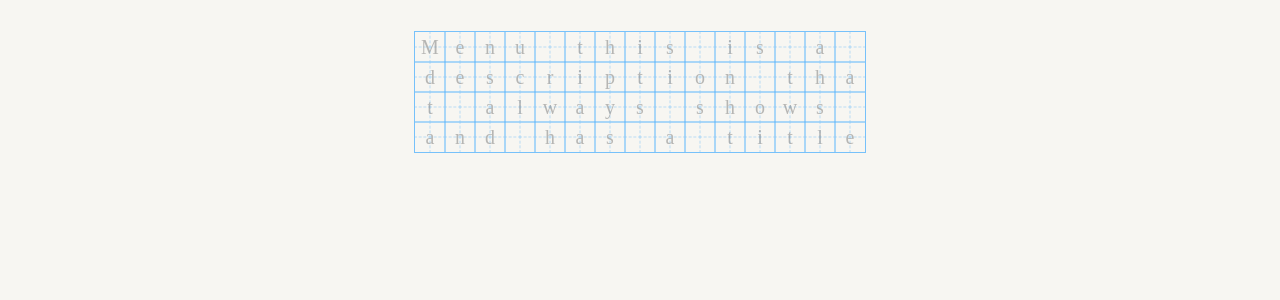
Repository: pyrcl090/p-p
Page: index.html
These files come from the project's save history. The page is drawn as it stood at one moment and after the next save; the edit follows.
The browser window is 1280 px wide. The pictures show the whole page.
The page's requests for data from a server got no answer. Some web fonts or font styles are not loaded; a fallback is used.

Above is the page before, as saved 2025-04-19 23:33:18.

### index.html
<!DOCTYPE html>
<html lang="en">
<head>
    <meta charset="UTF-8">
    <meta name="viewport" content="width=device-width, initial-scale=1.0">
    <title>P</title>
    <link rel="stylesheet" href="style.css">
</head>
<body>

    <div class="grid-wrapper">
        <div class="grid-border" id="grid-border">
          <!-- JavaScript will populate .grid-item elements here -->
        </div>
      </div>

        <!-- <div class="grid-wrapper">
          <div class="grid-container"></div>
          <div class="overlay-grid"></div>
        </div> -->

        <script src="script.js" async defer></script>
</body>
</html>

### style.css
@font-face {
  font-family: 'HMP';
  src: url("./assets/hiragino-maru-gothic-pron-w4.otf") format("truetype");
}

a {
  color: rgb(167, 151, 0);
  opacity: .5;
}

html, body {
  background-color: rgb(247, 246, 242);
  margin: 0;
  padding: 0;
  font-family: 'HMP';
}

body {

}

.grid-wrapper {
  padding: 2em;
  display: flex;
  justify-content: flex-start;
  align-items: center;
  flex-direction: column;
  width: 100%;
  min-height: 100vh;
  box-sizing: border-box;
}

.grid-border {
  display: flex;
  flex-direction: column;
  align-items: center;
  gap: 2em;
}

/* Inner container holding grid + overlay */
.grid-wrapper-inner {
  position: relative;
  display: inline-block;
  line-height: 0;
}

/* Grid background */
.grid-columns-rows {
  display: grid;
  grid-template-columns: repeat(15, 30px);
  grid-auto-rows: 30px;
  gap: 0;
  outline: 1px solid rgb(88, 181, 253);
  pointer-events: none;
  z-index: 1;
}

/* Each subcell (quad layout) */
.grid-columns-rows .grid-item {
  display: grid;
  grid-template-columns: repeat(2, 1fr);
  grid-template-rows: repeat(2, 1fr);
  width: 30px;
  height: 30px;
  outline: 0.5px solid rgb(88, 181, 253);
  opacity: 0.6;
}

.sub-cell {
  outline: 0.15px dashed rgb(88, 181, 253);
  opacity: 0.4;
  width: 100%;
  height: 100%;
}

/* Overlaid text */
.grid-content {
  display: grid;
  grid-template-columns: repeat(15, 30px);
  grid-auto-rows: 30px;
  gap: 0;
  position: absolute;
  top: 0;
  left: 0;
  z-index: 2;
}

.overlay-item {
  width: 30px;
  height: 30px;
  font-size: 20px;
  text-align: center;
  display: flex;
  justify-content: center;
  align-items: center;
  font-family: 'HMP';
  color: rgba(113, 113, 113, 0.6);
  line-height: 1;
  white-space: nowrap;
  pointer-events: auto;
}

.grid-image {
  width: 100%;  /* Ensure it fills the available width of the wrapper */
  display: block;  /* Block display to avoid inline issues */
  object-fit: contain;  /* Maintain aspect ratio and fit within the container */
  max-height: calc(30px * 10);  /* Ensure the image doesn't exceed the height of 5 rows */
  margin: 0; /* Remove any default margin */
  opacity: .8;
}

.grid-image-wrapper {
  display: flex;  /* Flexbox enables easy alignment of the image */
  justify-content: center;  /* Default alignment to center, you can change it via JS */
  align-items: center;  /* Vertically center the image */
  width: 100%;  /* Make sure it spans the full width of the grid column */
  height: calc(30px * 5);  /* Ensure it takes up exactly 5 rows in height */
}

.grid-item {
  display: flex;
  flex-direction: column;
  width: fit-content;
  opacity: .8;
}

.grid-item.channel-name {
  cursor: pointer;
}

.grid-item.channel-content {
  display: none;
}
/* .content-separator {
  grid-column: span 15;
  height: 30px;
} */

### script.js
const channels = [
  'p-pp-vz1bkeezvp0',
  'read-re_d-rode',
  'putaiinnnnn'
];

const menuItems = [
  {
    title: 'Menu',
    content: 'this is a description that always shows and has a title'
  }
];

const gridBorder = document.getElementById('grid-border');
const cols = 15;
const cellSize = 30;
let currentlyOpenId = null;
const loadedChannels = new Set();

function createGridStructure(numItems) {
  const grid = document.createElement('div');
  grid.className = 'grid-columns-rows';
  const rows = Math.ceil(numItems / cols);
  const totalCells = rows * cols;

  for (let i = 0; i < totalCells; i++) {
    const cell = document.createElement('div');
    cell.className = 'grid-item';

    for (let j = 0; j < 4; j++) {
      const sub = document.createElement('div');
      sub.className = 'sub-cell';
      cell.appendChild(sub);
    }

    grid.appendChild(cell);
  }

  return grid;
}

function createOverlayItem(char, isLink = false, href = '') {
  const div = document.createElement('div');
  div.className = 'overlay-item';

  if (isLink) {
    const a = document.createElement('a');
    a.href = href;
    a.target = '_blank';
    a.textContent = char;
    a.style.textDecoration = 'none';
    a.style.color = 'inherit';
    div.appendChild(a);
  } else {
    div.textContent = char;
  }

  return div;
}

function addTextBlock(text, container) {
  for (const char of text) {
    const div = createOverlayItem(char);
    container.appendChild(div);
  }

  const remainder = text.length % cols;
  if (remainder !== 0) {
    for (let i = 0; i < cols - remainder; i++) {
      container.appendChild(document.createElement('div'));
    }
  }
}

// ✅ New function to fetch all blocks across pages
async function fetchAllBlocks(slug) {
  let page = 1;
  let blocks = [];
  let hasMore = true;

  while (hasMore) {
    const res = await fetch(`https://api.are.na/v2/channels/${slug}?per=100&page=${page}`);
    const data = await res.json();
    blocks = blocks.concat(data.contents);
    hasMore = data.contents.length === 100;
    page++;
  }

  console.log(`Fetched ${blocks.length} blocks from channel: ${slug}`);
  return blocks;
}

async function fillChannelContent(contentEl, slug) {
  console.log('Filling channel content:', slug);

  try {
    const [channelMeta, blocks] = await Promise.all([
      fetch(`https://api.are.na/v2/channels/${slug}?per=1`).then(res => res.json()),
      fetchAllBlocks(slug)
    ]);

    let totalCells = 0;

    // ✅ Add channel description first (if any)
    if (channelMeta.metadata?.description) {
      console.log(`Channel description: ${channelMeta.metadata.description}`);
      addTextBlock(channelMeta.metadata.description, contentEl);
      totalCells += channelMeta.metadata.description.length;
      totalCells += (cols - (channelMeta.metadata.description.length % cols)) % cols;
    }

    for (const block of blocks) {
      console.log(`Block class: ${block.class}`, block);

      if (block.image?.display?.url) {
        const img = document.createElement('img');
        img.src = block.image.display.url;
        img.className = 'grid-image';

        const colSpan = 15;
        const rowSpan = 10;

        img.style.gridColumn = `span ${colSpan}`;
        img.style.gridRow = `span ${rowSpan}`;
        img.style.justifySelf = Math.random() > 0.5 ? 'flex-start' : 'flex-end';

        contentEl.appendChild(img);
        totalCells += colSpan * rowSpan;
      }

      if (block.file?.url) {
        const fileLink = document.createElement('a');
        fileLink.href = block.file.url;
        fileLink.target = '_blank';
        fileLink.textContent = `View file: ${block.file.name || 'Document'}`;
        contentEl.appendChild(fileLink);
        contentEl.appendChild(document.createElement('br'));

        totalCells += 2;
      }

      const text = block.content || block.title || block.body || '';
      if (text) {
        addTextBlock(text, contentEl);
        totalCells += text.length;
        totalCells += (cols - (text.length % cols)) % cols;
      }
    }

    const rowsNeeded = Math.ceil(totalCells / cols);
    const totalCellsNeeded = rowsNeeded * cols;
    console.log(`Total cells needed: ${totalCellsNeeded}`);

    const wrapper = contentEl.closest('.grid-wrapper-inner');
    const oldGrid = wrapper.querySelector('.grid-columns-rows');
    if (oldGrid) oldGrid.remove();

    const newGrid = createGridStructure(totalCellsNeeded);
    wrapper.insertBefore(newGrid, contentEl);

    loadedChannels.add(slug);
    console.log(`Finished rendering content for: ${slug}`);
  } catch (error) {
    console.error(`Error filling content for ${slug}:`, error);
  }
}

function toggleContent(id, slug) {
  const contentWrapper = document.getElementById(id);
  const contentItem = contentWrapper.closest('.channel-content');

  if (currentlyOpenId && currentlyOpenId !== id) {
    const prevWrapper = document.getElementById(currentlyOpenId);
    const prevItem = prevWrapper?.closest('.channel-content');
    if (prevItem) prevItem.style.display = 'none';
  }

  const isOpen = contentItem.style.display === 'block';

  if (isOpen) {
    contentItem.style.display = 'none';
    currentlyOpenId = null;
  } else {
    contentItem.style.display = 'block';
    currentlyOpenId = id;

    if (!loadedChannels.has(slug)) {
      fillChannelContent(contentWrapper, slug);
    }
  }
}

function createChannelItem(channelData, index) {
  const slug = channelData.slug;
  const title = channelData.title || `Channel ${index + 1}`;
  const contentId = `channel-content-${index}`;

  const nameItem = document.createElement('div');
  nameItem.className = 'grid-item channel-name';

  const grid = createGridStructure(title.length);
  const content = document.createElement('div');
  content.className = 'grid-content';

  for (const char of title) {
    const item = createOverlayItem(char);
    item.style.cursor = 'pointer';
    item.addEventListener('click', () => toggleContent(contentId, slug));
    content.appendChild(item);
  }

  const wrapper = document.createElement('div');
  wrapper.className = 'grid-wrapper-inner';
  wrapper.appendChild(grid);
  wrapper.appendChild(content);
  nameItem.appendChild(wrapper);
  gridBorder.appendChild(nameItem);

  const contentItem = document.createElement('div');
  contentItem.className = 'grid-item channel-content';
  contentItem.style.display = 'none';

  const contentGrid = createGridStructure(200); // Initial placeholder
  const contentOverlay = document.createElement('div');
  contentOverlay.className = 'grid-content';
  contentOverlay.id = contentId;

  const contentWrapper = document.createElement('div');
  contentWrapper.className = 'grid-wrapper-inner';
  contentWrapper.appendChild(contentGrid);
  contentWrapper.appendChild(contentOverlay);

  contentItem.appendChild(contentWrapper);
  gridBorder.appendChild(contentItem);
}

// ✅ Renders the always-visible menu with title and content
function renderMenu() {
  menuItems.forEach((menuData, index) => {
    const text = `${menuData.title}\n${menuData.content}`;
    const textLength = text.length;

    const menuItem = document.createElement('div');
    menuItem.className = 'grid-item channel-content';
    menuItem.style.display = 'block';

    const menuGrid = createGridStructure(textLength);
    const menuContent = document.createElement('div');
    menuContent.className = 'grid-content';

    addTextBlock(text, menuContent);

    const menuWrapper = document.createElement('div');
    menuWrapper.className = 'grid-wrapper-inner';
    menuWrapper.appendChild(menuGrid);
    menuWrapper.appendChild(menuContent);

    menuItem.appendChild(menuWrapper);
    gridBorder.appendChild(menuItem);
  });
}

// ✅ Initialize menu and channels
renderMenu();

channels.forEach((slug, index) => {
  fetch(`https://api.are.na/v2/channels/${slug}?per=1`)
    .then(res => res.json())
    .then(data => {
      data.slug = slug;
      createChannelItem(data, index);
    });
});

After the next save:
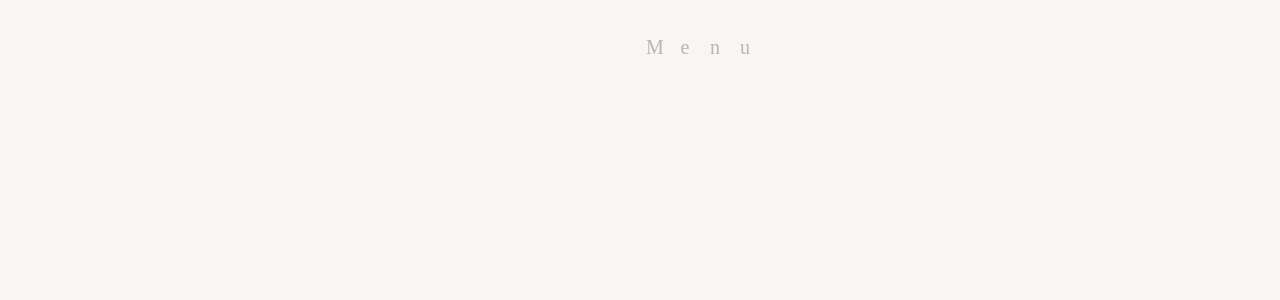
Saved 37 s later.
--- a/script.js
+++ b/script.js
@@ -240,27 +240,62 @@
     const text = `${menuData.title}\n${menuData.content}`;
     const textLength = text.length;
 
-    const menuItem = document.createElement('div');
-    menuItem.className = 'grid-item channel-content';
-    menuItem.style.display = 'block';
-
-    const menuGrid = createGridStructure(textLength);
+    // Create the title div for the menu
+    const menuTitle = document.createElement('div');
+    menuTitle.className = 'grid-item menu-title';
+    const titleContent = document.createElement('div');
+    titleContent.className = 'grid-content';
+
+    for (const char of menuData.title) {
+      const item = createOverlayItem(char);
+      item.style.cursor = 'pointer';
+      item.addEventListener('click', () => toggleMenuContent(menuTitle, menuData));
+      titleContent.appendChild(item);
+    }
+
+    const wrapperTitle = document.createElement('div');
+    wrapperTitle.className = 'grid-wrapper-inner';
+    wrapperTitle.appendChild(titleContent);
+    menuTitle.appendChild(wrapperTitle);
+    gridBorder.appendChild(menuTitle);
+
+    // Create the menu content div
     const menuContent = document.createElement('div');
-    menuContent.className = 'grid-content';
-
-    addTextBlock(text, menuContent);
-
-    const menuWrapper = document.createElement('div');
-    menuWrapper.className = 'grid-wrapper-inner';
-    menuWrapper.appendChild(menuGrid);
-    menuWrapper.appendChild(menuContent);
-
-    menuItem.appendChild(menuWrapper);
-    gridBorder.appendChild(menuItem);
+    menuContent.className = 'grid-item menu-content';
+    menuContent.style.display = 'none';  // Hidden by default
+    const contentWrapper = document.createElement('div');
+    contentWrapper.className = 'grid-wrapper-inner';
+
+    const contentDiv = document.createElement('div');
+    contentDiv.className = 'grid-content';
+    addTextBlock(menuData.content, contentDiv);  // Add content to the menu
+
+    contentWrapper.appendChild(contentDiv);
+    menuContent.appendChild(contentWrapper);
+    gridBorder.appendChild(menuContent);
   });
 }
 
-// ✅ Initialize menu and channels
+function toggleMenuContent(menuTitle, menuData) {
+  const menuContent = menuTitle.nextElementSibling; // The content div comes after the title div
+
+  const isOpen = menuContent.style.display === 'block';
+  if (isOpen) {
+    menuContent.style.display = 'none';
+  } else {
+    menuContent.style.display = 'block';
+  }
+
+  // Close other content (either menu or channel)
+  if (currentlyOpenId) {
+    const prevWrapper = document.getElementById(currentlyOpenId);
+    const prevItem = prevWrapper?.closest('.channel-content');
+    if (prevItem) prevItem.style.display = 'none';
+  }
+
+  currentlyOpenId = isOpen ? null : 'menu';  // Set the ID of the open section
+}
+
 renderMenu();
 
 channels.forEach((slug, index) => {

After the save that followed:
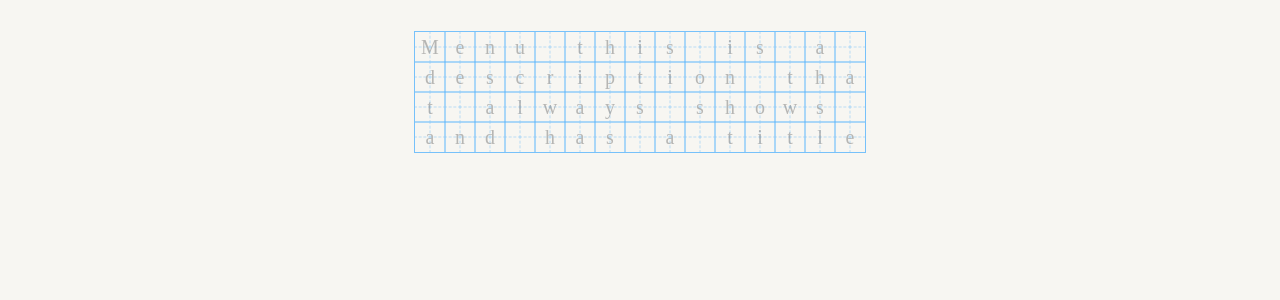
Saved 8 s later.
--- a/script.js
+++ b/script.js
@@ -240,62 +240,27 @@
     const text = `${menuData.title}\n${menuData.content}`;
     const textLength = text.length;
 
-    // Create the title div for the menu
-    const menuTitle = document.createElement('div');
-    menuTitle.className = 'grid-item menu-title';
-    const titleContent = document.createElement('div');
-    titleContent.className = 'grid-content';
-
-    for (const char of menuData.title) {
-      const item = createOverlayItem(char);
-      item.style.cursor = 'pointer';
-      item.addEventListener('click', () => toggleMenuContent(menuTitle, menuData));
-      titleContent.appendChild(item);
-    }
-
-    const wrapperTitle = document.createElement('div');
-    wrapperTitle.className = 'grid-wrapper-inner';
-    wrapperTitle.appendChild(titleContent);
-    menuTitle.appendChild(wrapperTitle);
-    gridBorder.appendChild(menuTitle);
-
-    // Create the menu content div
+    const menuItem = document.createElement('div');
+    menuItem.className = 'grid-item channel-content';
+    menuItem.style.display = 'block';
+
+    const menuGrid = createGridStructure(textLength);
     const menuContent = document.createElement('div');
-    menuContent.className = 'grid-item menu-content';
-    menuContent.style.display = 'none';  // Hidden by default
-    const contentWrapper = document.createElement('div');
-    contentWrapper.className = 'grid-wrapper-inner';
-
-    const contentDiv = document.createElement('div');
-    contentDiv.className = 'grid-content';
-    addTextBlock(menuData.content, contentDiv);  // Add content to the menu
-
-    contentWrapper.appendChild(contentDiv);
-    menuContent.appendChild(contentWrapper);
-    gridBorder.appendChild(menuContent);
+    menuContent.className = 'grid-content';
+
+    addTextBlock(text, menuContent);
+
+    const menuWrapper = document.createElement('div');
+    menuWrapper.className = 'grid-wrapper-inner';
+    menuWrapper.appendChild(menuGrid);
+    menuWrapper.appendChild(menuContent);
+
+    menuItem.appendChild(menuWrapper);
+    gridBorder.appendChild(menuItem);
   });
 }
 
-function toggleMenuContent(menuTitle, menuData) {
-  const menuContent = menuTitle.nextElementSibling; // The content div comes after the title div
-
-  const isOpen = menuContent.style.display === 'block';
-  if (isOpen) {
-    menuContent.style.display = 'none';
-  } else {
-    menuContent.style.display = 'block';
-  }
-
-  // Close other content (either menu or channel)
-  if (currentlyOpenId) {
-    const prevWrapper = document.getElementById(currentlyOpenId);
-    const prevItem = prevWrapper?.closest('.channel-content');
-    if (prevItem) prevItem.style.display = 'none';
-  }
-
-  currentlyOpenId = isOpen ? null : 'menu';  // Set the ID of the open section
-}
-
+// ✅ Initialize menu and channels
 renderMenu();
 
 channels.forEach((slug, index) => {
